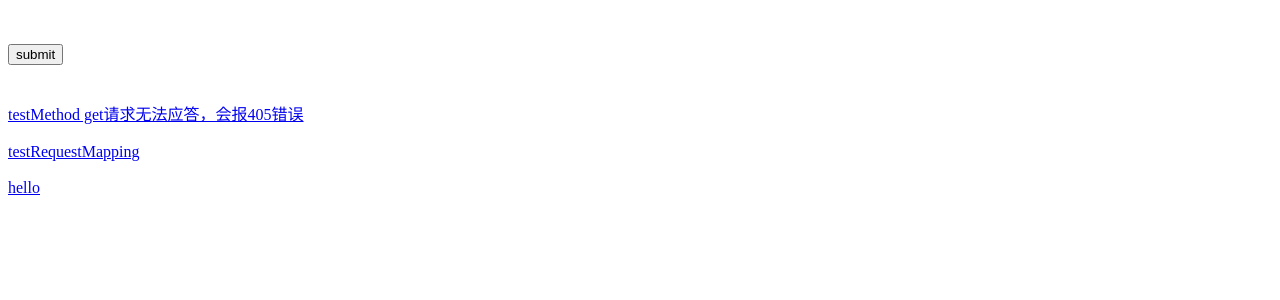
Repository: Gxxxx1989/SpringMVC
Page: http://localhost/springmvc-1/
These files come from the project's save history. The page is drawn as it stood at one moment and after the next save; the edit follows.
The browser window is 1280 px wide. The pictures show the whole page.
The page is served by Tomcat 9. Other server files are loaded and not shown.

Above is the page before, as saved 2019-03-25 09:23:45.

### springmvc-1/WebContent/index.jsp
<%@ page language="java" contentType="text/html; charset=utf-8"
    pageEncoding="utf-8"%>
<!DOCTYPE html PUBLIC "-//W3C//DTD HTML 4.01 Transitional//EN" "http://www.w3.org/TR/html4/loose.dtd">
<html>
<head>
<meta http-equiv="Content-Type" content="text/html; charset=ISO-8859-1">
<title>Insert title here</title>
</head>
<body>

	<a href="springmvc/testParamsAndHeads"></a>
	<br><br>
	<form action="springmvc/testMethod" method="post">
		<input type="submit" value="submit">
	</form>
	<br><br>
	<a href="springmvc/testMethod">testMethod get请求无法应答，会报405错误</a><!-- get请求无法应答 -->
	<br><br>
	<a href="springmvc/testRequestMapping">testRequestMapping </a>
	<br><br>
	<!-- 和controller中请求一致 -->
	<a href="hello">hello</a>
</body>
</html>

After the next save:
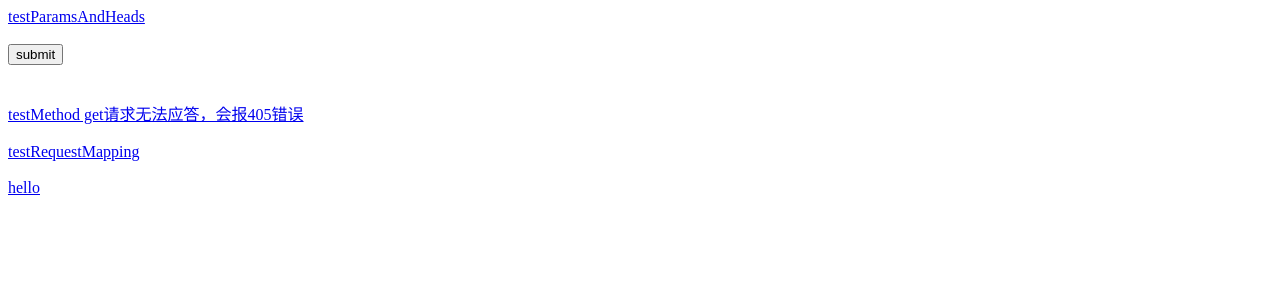
Saved 5 s later.
--- a/springmvc-1/WebContent/index.jsp
+++ b/springmvc-1/WebContent/index.jsp
@@ -8,7 +8,7 @@
 </head>
 <body>
 
-	<a href="springmvc/testParamsAndHeads"></a>
+	<a href="springmvc/testParamsAndHeads">testParamsAndHeads</a>
 	<br><br>
 	<form action="springmvc/testMethod" method="post">
 		<input type="submit" value="submit">
